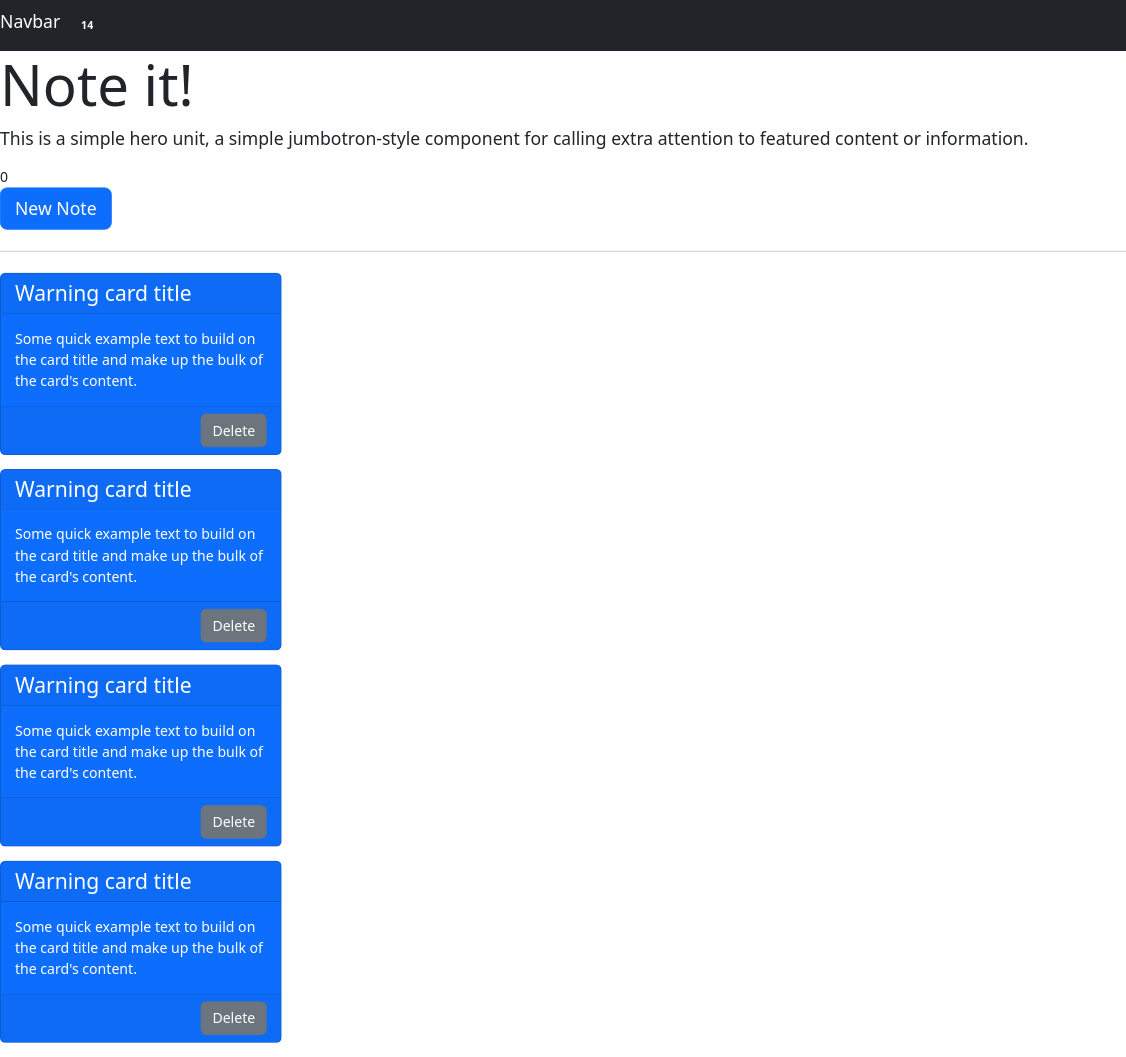
Repository: hasmelash/gitskill
Page: /
These files come from the project's save history. The page is drawn as it stood at one moment and after the next save; the edit follows.
The browser window is 1280 px wide. The pictures show the whole page, at 88% of full size.
The project was rebuilt for these pictures with package versions that can differ from the ones it lists, and the page was loaded fresh each time. Also part of the build but not shown: src/App.css.

Above is the page before, as saved 2019-08-30 02:06:52.

### src/App.js
import React from 'react';
import './App.css';
import Navbar from './NavBarComponent/NavBarComponent';
import Notes from './NotesComponent/NotesComponent';
import 'bootstrap/dist/css/bootstrap.min.css';
import 'bootstrap/dist/js/bootstrap.bundle.min';

;class App extends React.Component {
  render(){
      return (
          <div>
            <Navbar fixed = "top"/>
            <Notes />
          </div>
      );
   }
}

export default App;

### src/NavBarComponent/NavBarComponent.js
import React from 'react';
import NoteCounter from '../NoteCounterComponent/NoteCounterComponent';
import 'bootstrap/dist/css/bootstrap.min.css';
import 'bootstrap/dist/js/bootstrap.bundle.min';
class Navbar extends React.Component{
    render(){
        return (
            <nav className="navbar navbar-expand-lg navbar-dark bg-dark">
                <h1 className="navbar-brand" >Navbar</h1>
                <NoteCounter className="container" style={{float: 'right'}}/>
            </nav>
        );
    }
}
export default Navbar;

### src/NotesComponent/NotesComponent.js

import React from 'react';
import 'bootstrap/dist/css/bootstrap.min.css';
import 'bootstrap/dist/js/bootstrap.bundle.min';
import Note from '../NoteComponent/NoteComponent';
class Notes extends React.Component{

    // constructor(props) {
    //     super(props);
    // };

    state = {
        count : 0,
        notes: [
            {title: "Work", note_description: "this is about work"},
            {title: "Sport", note_description: "this is about sport"},
            {title: "School", note_description: "this is about school"}
        ]
    };

    handleIncrement = () => {
        this.setState({ count: this.state.count + 1 })
      }

      handleDecrement = () => {
        this.setState({ count: this.state.count - 1 })
      }
    addNote(note){
        this.state.notes.push(note);
    }

    removeNote(note){
        this.state.notes.pop(note);
        this.handleDecrement();
    }

    onAddNoteButtonClick = () =>{
        this.child.createNote();
    }
    // obButton(event){
    //     this.onAddNoteButtonClick();
    //     this.handleIncrement();
    // }

    listNotes(){

    }



    render(){
        return (

            <div className="jumbotron">

                <h1 className="display-3">Note it!</h1>
                <p className="lead">This is a simple hero unit, a simple jumbotron-style component for calling extra attention to featured content or information.</p>
                <div>
          {this.state.count}
        </div>
                <p className="lead">
                    <button className="btn btn-primary btn-lg" onClick={this.handleIncrement}>New Note</button>
                </p>
                <hr className="my-4"/>
                <Note
                    ref={Ref => this.child=Ref } {...this.props}
                    addingNote={this.addNote}
                    removingNote={this.removeNote}

                />
                <p >
                    {this.state.notes.map((note, index) => (
                    <Note key={index} item={note} />
                    ))}
                </p>
            </div>
        );
    }
}
export default Notes;

### src/NoteCounterComponent/NoteCounterComponent.js
import React from 'react';
import 'bootstrap/dist/css/bootstrap.min.css';
import 'bootstrap/dist/js/bootstrap.bundle.min';
function NoteCounter(props){

        return (
                    <span className="badge badge-primary badge-pill">14</span>
        );

}
export default NoteCounter;

### src/NoteComponent/NoteComponent.js

import React from 'react';
import 'bootstrap/dist/css/bootstrap.min.css';
import 'bootstrap/dist/js/bootstrap.bundle.min';
class Note extends React.Component{

    // constructor(props){
    //     super(props);
    // };

    createNote(){
        let newNote= {
            title: 'New Note',
            note_description: 'type your note here'
        }
        this.props.addingNote(newNote);

    }

    deleteNote(note){
        this.props.removingNote(note);
    }

    render(){
        return (

            <div className="card text-white bg-primary mb-3" style={{maxWidth: '20rem'}}>
                <h4 className="card-header">Warning card title</h4>
                    <div className="card-body">

                        <p className="card-text">Some quick example text to build on the card title and make up the bulk of the card's content.</p>
                    </div>
                <div className="card-footer">
                    <button type="button" className="btn btn-secondary" data-dismiss="modal" style={{float: 'right'}} onClick={this.deleteNote}>Delete</button>
                </div>
            </div>

        );
    }
}
export default Note;

Loaded but not shown: public/index.html (common file); src/index.js (common file); src/index.css (common file); src/serviceWorker.js (common file)

After the next save:
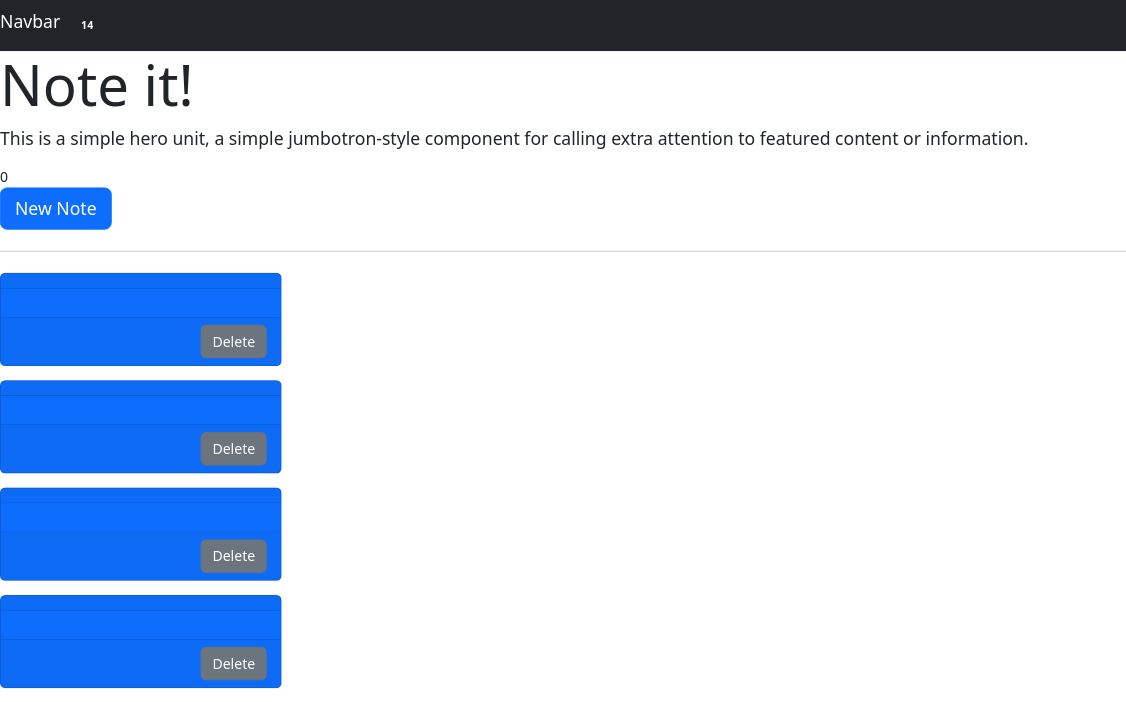
Saved 7 min 49 s later.
--- a/src/NoteComponent/NoteComponent.js
+++ b/src/NoteComponent/NoteComponent.js
@@ -25,10 +25,10 @@ class Note extends React.Component{
         return (
 
             <div className="card text-white bg-primary mb-3" style={{maxWidth: '20rem'}}>
-                <h4 className="card-header">Warning card title</h4>
+                <h4 className="card-header">{this.createNote.title}</h4>
                     <div className="card-body">
 
-                        <p className="card-text">Some quick example text to build on the card title and make up the bulk of the card's content.</p>
+                        <p className="card-text">{this.createNote.note_description}</p>
                     </div>
                 <div className="card-footer">
                     <button type="button" className="btn btn-secondary" data-dismiss="modal" style={{float: 'right'}} onClick={this.deleteNote}>Delete</button>
